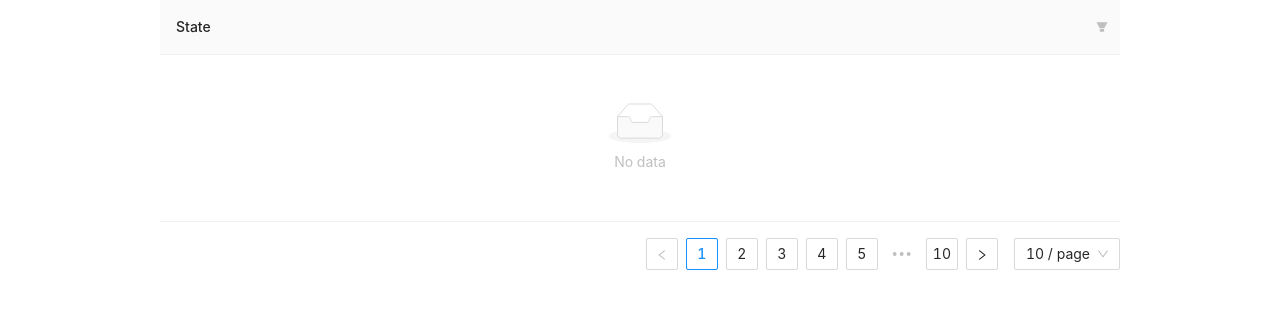
Repository: MohamedMedhat96/jumia-phone-directory-task
Page: / (app in jumia-task-frontend/)
These files come from the project's save history. The page is drawn as it stood at one moment and after the next save; the edit follows.
The browser window is 1280 px wide. The pictures show the whole page.
The page's requests for data from a server got no answer. The project was rebuilt for these pictures with package versions that can differ from the ones it lists, and the page was loaded fresh each time. No one was signed in, and anything a server would have sent is missing.

Above is the page before, as saved 2021-10-16 04:40:03.

After the next save:
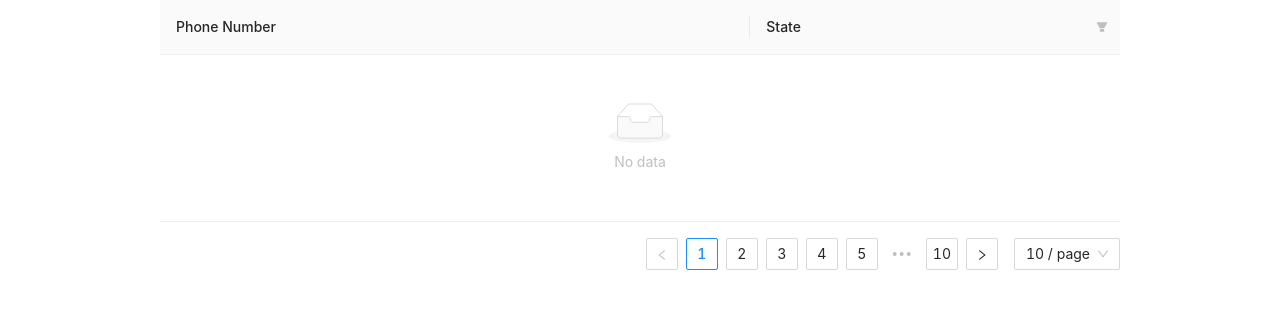
Saved 7 s later.
--- a/jumia-task-frontend/src/App.js
+++ b/jumia-task-frontend/src/App.js
@@ -28,7 +28,7 @@
       </Search> </div>
   }
   const columns = [
-    // { title: "Phone Number", dataIndex: "phoneNumber", key: "phoneNumber" },
+    { title: "Phone Number", dataIndex: "phoneNumber", key: "phoneNumber" },
     {
       title: "State", dataIndex: "state", key: "state", filters: [{ text: "True", value: "true" }, {
         text: "False", value: "false"

After the 5 saves that followed:
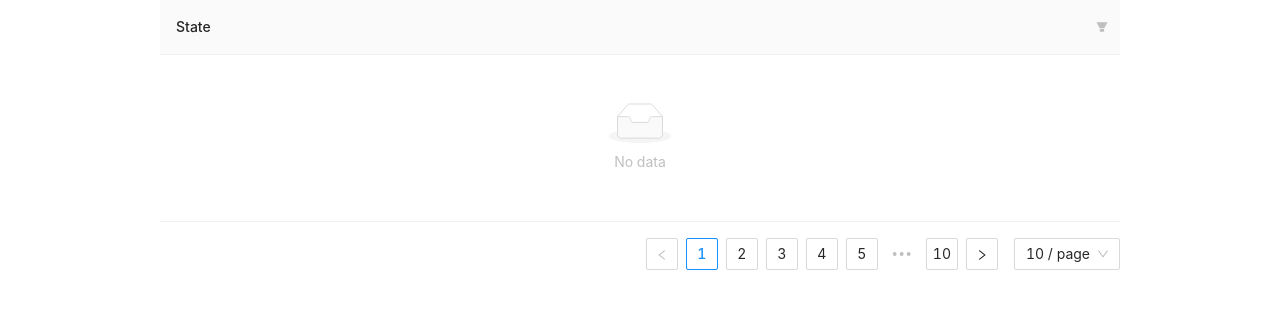
The 5 saves are shown as one change because 1 did not build or start and 3 left the picture as it was.
The last was saved 3 min 57 s later.
--- a/jumia-task-frontend/src/App.js
+++ b/jumia-task-frontend/src/App.js
@@ -28,10 +28,12 @@
       </Search> </div>
   }
   const columns = [
-    { title: "Phone Number", dataIndex: "phoneNumber", key: "phoneNumber" },
+    // { title: "Phone Number", dataIndex: "phoneNumber", key: "phoneNumber" },
     {
       title: "State", dataIndex: "state", key: "state", filters: [{ text: "True", value: "true" }, {
-        text: "False", value: "false"
+        text: "False", value: "false", render: (text, record) => {
+          return <div>{record.state}</div>
+        }
       }]
     }
     //{ title: "Country Name", dataIndex: "countryName", key: "countryName", filterDropdown: stateSearch },
@@ -40,8 +42,8 @@
   return (
     <Table
       columns={columns}
-      data={rows}
-      rowKey={"phoneNumber"}
+      dataSource={rows}
+      rowKey={record => record.phoneNumber}
       style={{ width: '75%', height: '100%', display: 'block', marginLeft: 'auto', marginRight: 'auto' }}
       pagination={pagination}>
     </Table >
